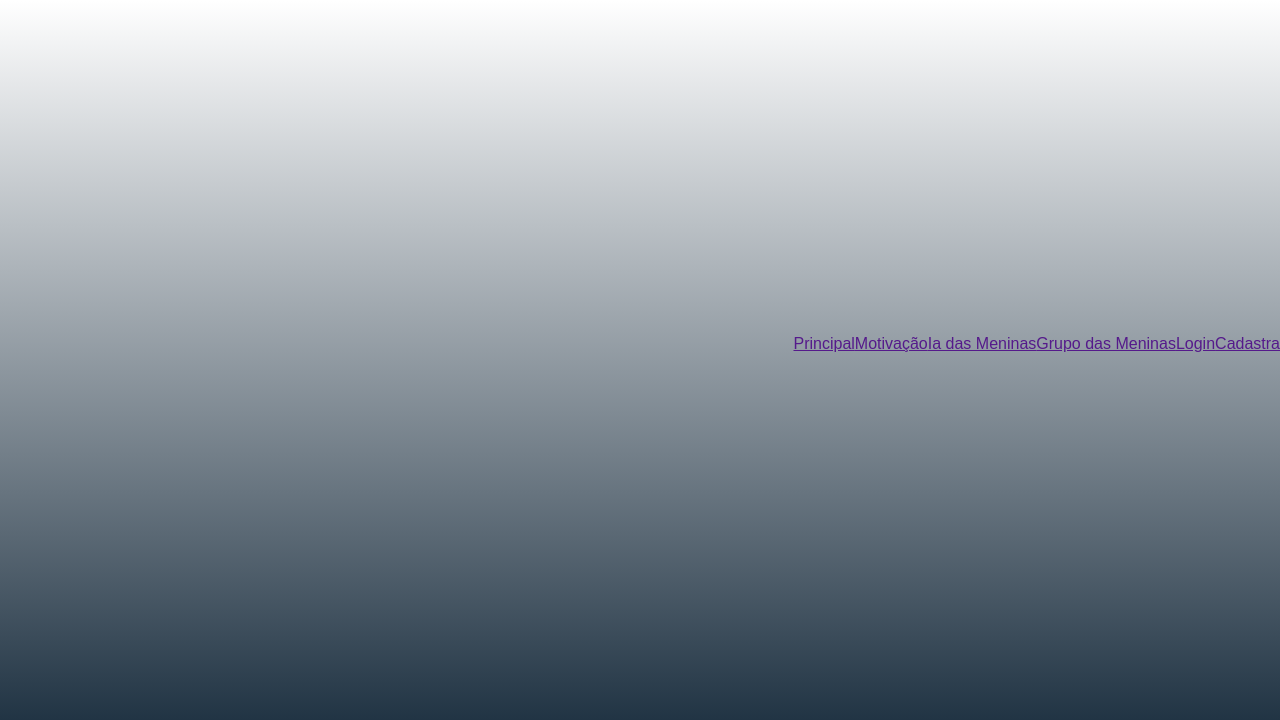
Repository: joaobatistafrontend/pref
Page: http://localhost/
These files come from the project's save history. The page is drawn as it stood at one moment and after the next save; the edit follows.
The browser window is 1280 px wide. The pictures show the whole page.
The page is served by the project's application, run on Django 4.2 (manage.py).

Above is the page before, as saved 2024-07-26 14:52:57.

After the next save:
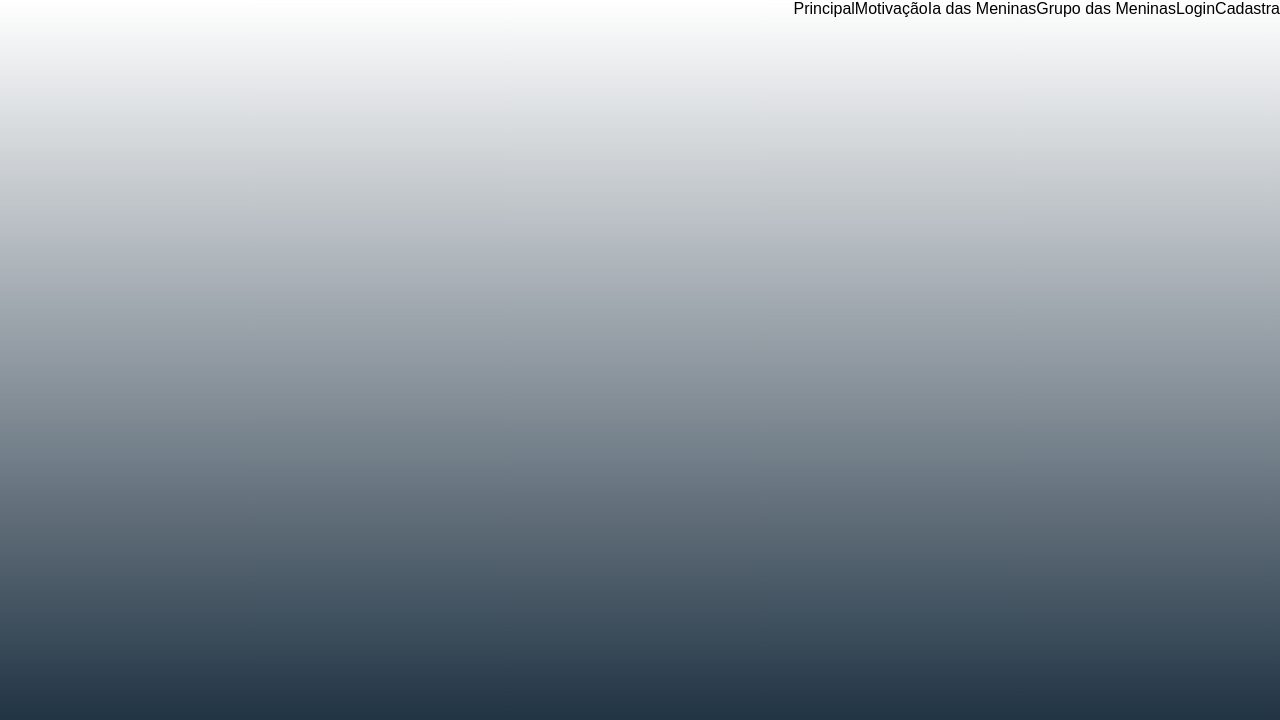
Saved 14 s later.
--- a/static/css/index.css
+++ b/static/css/index.css
@@ -23,7 +23,7 @@
 nav li{
     height: 50px;
 }
-nav {
+nav a {
     height: 100%;
     padding: o 30px;
     text-decoration: none;
